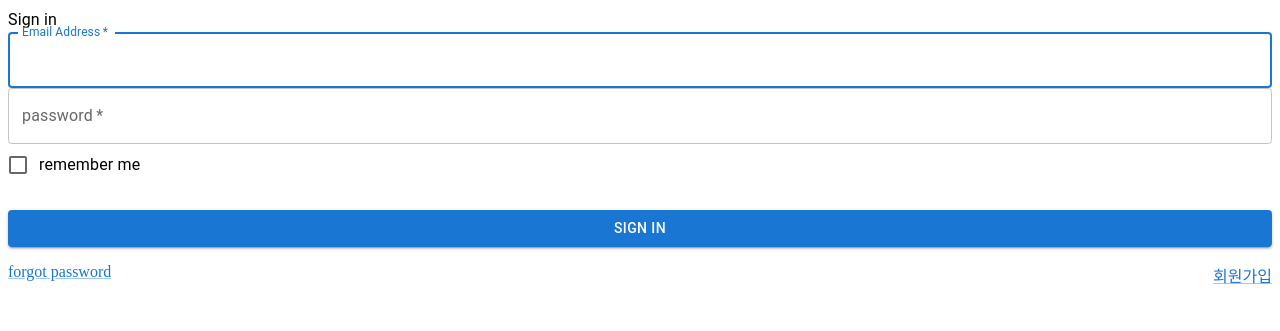
Repository: chlwpdnswku/nextjsportpolioclone
Page: /
An editor plug-in stored every save of this project. The page is shown before and after the next save, followed by the edit.
The browser window is 1280 px wide. The pictures show the whole page.
The project was rebuilt for these pictures with package versions that can differ from the ones it lists, and the page was loaded fresh each time. The framework's server and built-in components were replaced by stand-ins that run in the browser. Also part of the build but not shown: next.config.js.

Above is the page before, as saved 2022-08-05 16:57:46.

### pages/index.tsx
import React, { useState } from 'react';
import type { NextPage } from 'next';
import Head from 'next/head';
import Image from 'next/image';
import styles from '../styles/Home.module.css';
import {
  Button,
  FormControl,
  FormControlLabel,
  Link,
  TextField,
  Grid,
  Typography,
} from '@mui/material';
import Checkbox from '@mui/material/Checkbox';

const Home: NextPage = () => {
  return (
    <>
      <Typography component='h1'>Sign in</Typography>
      {/* 필수입력 required */}
      <TextField
        label='Email Address'
        required
        fullWidth
        name='email'
        autoComplete='email'
        autoFocus
      />
      <TextField
        label='password'
        type='password'
        required
        fullWidth
        name='password'
        autoComplete='current-password'
      />
      {/* 체크박스를 누를때 옆에 텍스트를 클릭했을때에도 체크박스가 체크가 된다 !*/}
      <FormControlLabel
        control={<Checkbox value='remember' color='primary'></Checkbox>}
        label='remember me'
      ></FormControlLabel>

      {/* 서버로 보내는 서브밋 타이틀을 만들어줌.  sx props 디자인을 간단히 고치고싶을때 css 효과*/}
      <Button type='submit' fullWidth variant='contained' sx={{ mt: 3, mb: 2 }}>
        SIGN IN
      </Button>
      <Grid container>
        <Grid item xs>
          <Link href='#'>forgot password</Link>
        </Grid>

        <Grid item>
          {' '}
          <Link href='#'>회원가입</Link>
        </Grid>
      </Grid>
    </>
  );
};

export default Home;

Loaded but not shown: pages/_app.tsx (common file); styles/globals.css (no stored copy; drawn as an empty file)

After the next save:
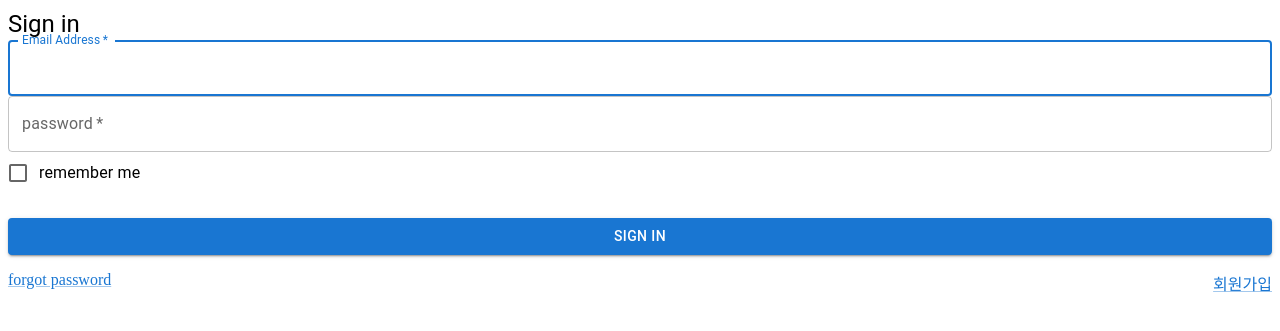
Saved 19 s later.
--- a/pages/index.tsx
+++ b/pages/index.tsx
@@ -17,7 +17,9 @@ import Checkbox from '@mui/material/Checkbox';
 const Home: NextPage = () => {
   return (
     <>
-      <Typography component='h1'>Sign in</Typography>
+      <Typography component='h1' variant='h5'>
+        Sign in
+      </Typography>
       {/* 필수입력 required */}
       <TextField
         label='Email Address'
